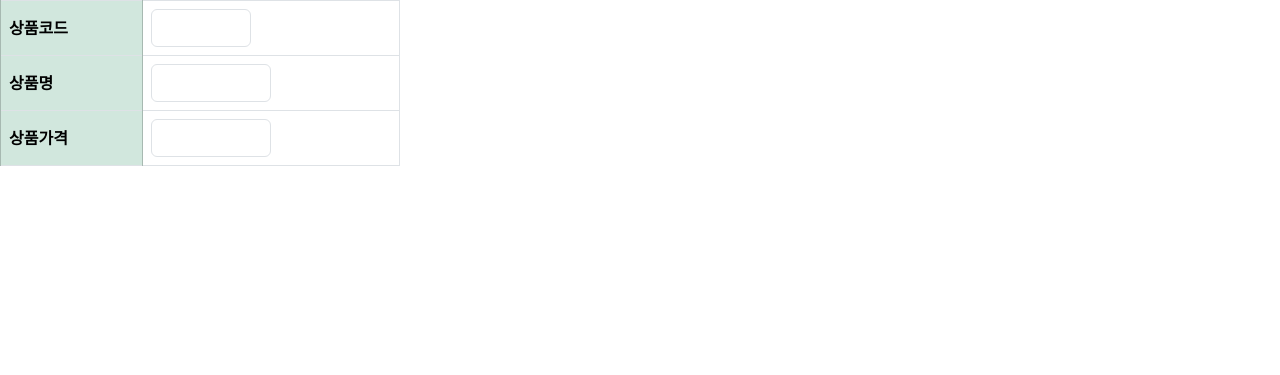
Repository: jini8293/Sist_04
Page: jspwork/jspProject/src/main/webapp/day0305/form_ex2.html
These files come from the project's save history. The page is drawn as it stood at one moment and after the next save; the edit follows.
The browser window is 1280 px wide. The pictures show the whole page.
Some web fonts or font styles are not loaded; a fallback is used.

Above is the page before, as saved 2024-03-05 07:24:29.

### jspwork/jspProject/src/main/webapp/day0305/form_ex2.html
<!DOCTYPE html>
<html>
<head>
<meta charset="UTF-8">
<link
	href="https://fonts.googleapis.com/css2?family=Black+Han+Sans&family=Gowun+Dodum&family=IBM+Plex+Sans+KR&display=swap"
	rel="stylesheet">
<link
	href="https://cdn.jsdelivr.net/npm/bootstrap@5.3.2/dist/css/bootstrap.min.css"
	rel="stylesheet">
<script src="https://code.jquery.com/jquery-3.7.0.js"></script>
<title>Insert title here</title>
</head>
<body>
	<form id="frm">
		<table class="table table-bordered" style="width: 400px">
			<tr>
				<th valign="middle" class="table-success">상품코드</th>
				<td><input type="text" name="scode" id="scode"
					class="form-control" style="width: 100px;"></td>
			</tr>

			<tr>
				<th valign="middle" class="table-success">상품명</th>
				<td><input type="text" name="sname" id=""sname""
					class="form-control" style="width: 120px;"></td>
			</tr>

			<tr>
				<th valign="middle" class="table-success">상품가격</th>
				<td><input type="text" name="price" id="price"
					class="form-control" style="width: 120px;"></td>
			</tr>
		</table>
	</form>
</body>
</html>

After the next save:
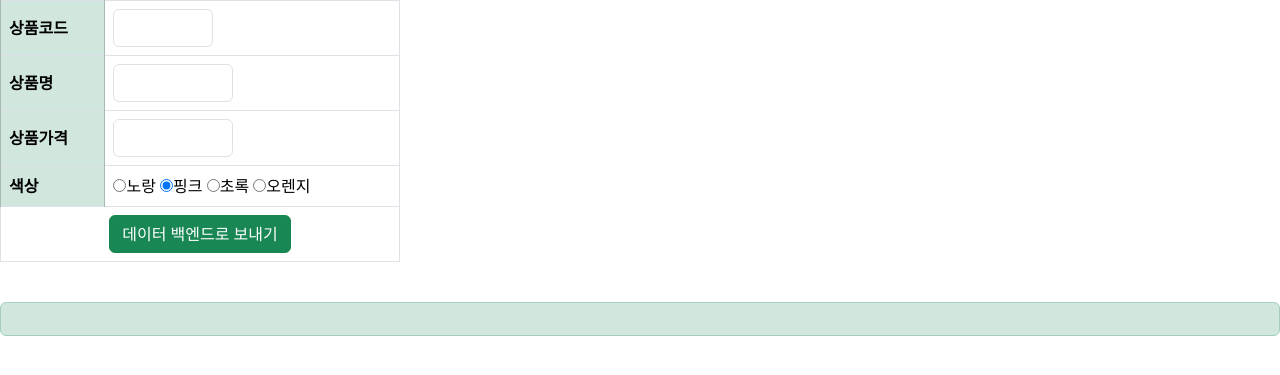
Saved 5 min 5 s later.
--- a/jspwork/jspProject/src/main/webapp/day0305/form_ex2.html
+++ b/jspwork/jspProject/src/main/webapp/day0305/form_ex2.html
@@ -22,7 +22,8 @@
 
 			<tr>
 				<th valign="middle" class="table-success">상품명</th>
-				<td><input type="text" name="sname" id=""sname""
+				<td><input type="text" name="sname" id=""
+					sname""
 					class="form-control" style="width: 120px;"></td>
 			</tr>
 
@@ -31,7 +32,34 @@
 				<td><input type="text" name="price" id="price"
 					class="form-control" style="width: 120px;"></td>
 			</tr>
+
+			<tr>
+				<th valign="middle" class="table-success">색상</th>
+				<td>
+					<input type="radio" name="color" value="yellow">노랑
+					<input type="radio" name="color" value="pink" checked="checked">핑크
+					<input type="radio" name="color" value="yellowgreen">초록
+					<input type="radio" name="color" value="orange">오렌지
+				</td>
+			</tr>
+
+			<tr>
+				<td colspan="2" align="center">
+					<button type="button" id="btn" class="btn btn-success">데이터 백엔드로 보내기</button>
+				</td>
+			</tr>
 		</table>
 	</form>
+
+	<br>
+	<div id="show" class="alert alert-success"></div>
+
+	<script type="text/javascript">
+		$("#btn").click(function() {
+			//폼태그의 값들을 통째로 읽어온다
+			var data=$("#frm").serialize();
+			alert(data);
+		});
+	</script>
 </body>
 </html>
